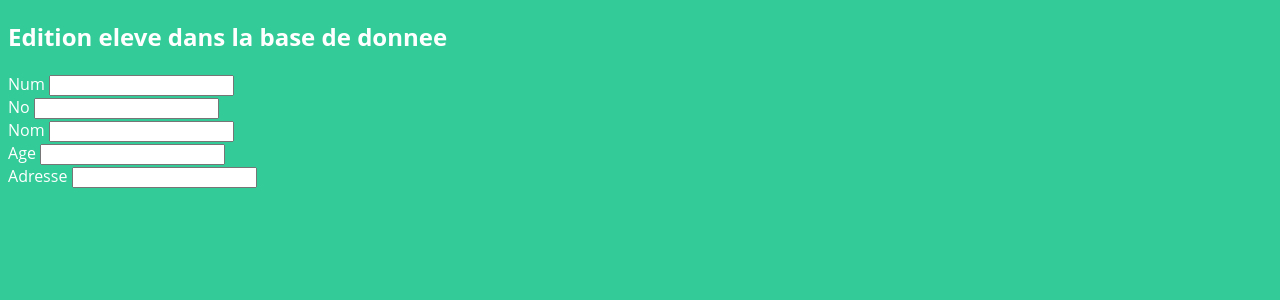
Repository: BlacKKalypso/jee-projet-workspace
Page: http://localhost/InterfaceEcole/views/eleves/edit.jsp
An editor plug-in stored every save of this project. The page is shown before and after the next save, followed by the edit.
The browser window is 1280 px wide. The pictures show the whole page.
The page is served by Tomcat 9. Other server files are loaded and not shown.

Above is the page before, as saved 2019-04-07 15:32:15.

### InterfaceEcole/WebContent/views/eleves/edit.jsp
<%@ page language="java" contentType="text/html; charset=ISO-8859-1"
    pageEncoding="ISO-8859-1"%>
<!DOCTYPE html>
<html>
<head>
<meta charset="ISO-8859-1">
<style>
body {
	background: #33cc99;
	color: #fff;
	font-family: 'Open Sans', sans-serif;
}


</style>
<title>Edition eleve</title>
</head>
<body>
<h2>Edition eleve dans la base de donnee</h2>
<form method="post" action="" enctype="multipart/form-data">
<div class="form-group">
<label for="name">Num</label>
<input type="text" name="num" id="num" value="" required/>
</div>
</form>
<form method="post" action="" enctype="multipart/form-data">
<div class="form-group">
<label for="name">No</label>
<input type="text" name="num" id="num" value="" required/>
</div>
</form>
<form method="post" action="" enctype="multipart/form-data">
<div class="form-group">
<label for="name">Nom</label>
<input type="text" name="num" id="num" value="" required/>
</div>
</form>
<form method="post" action="" enctype="multipart/form-data">
<div class="form-group">
<label for="name">Age</label>
<input type="text" name="num" id="num" value="" required/>
</div>
</form>
<form method="post" action="" enctype="multipart/form-data">
<div class="form-group">
<label for="name">Adresse</label>
<input type="text" name="num" id="num" value="" required/>
</div>
</form>
</body>
</html>

After the next save:
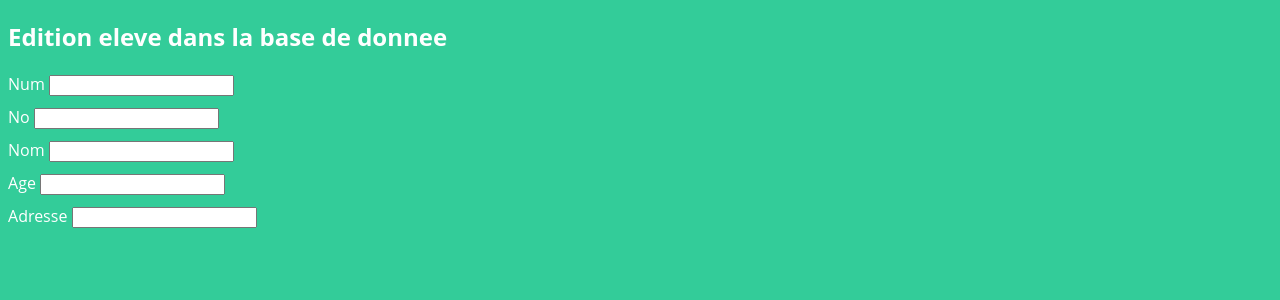
Saved 91 s later.
--- a/InterfaceEcole/WebContent/views/eleves/edit.jsp
+++ b/InterfaceEcole/WebContent/views/eleves/edit.jsp
@@ -11,7 +11,9 @@ body {
 	font-family: 'Open Sans', sans-serif;
 }
 
-
+div{
+margin: 10px auto;
+}
 </style>
 <title>Edition eleve</title>
 </head>
